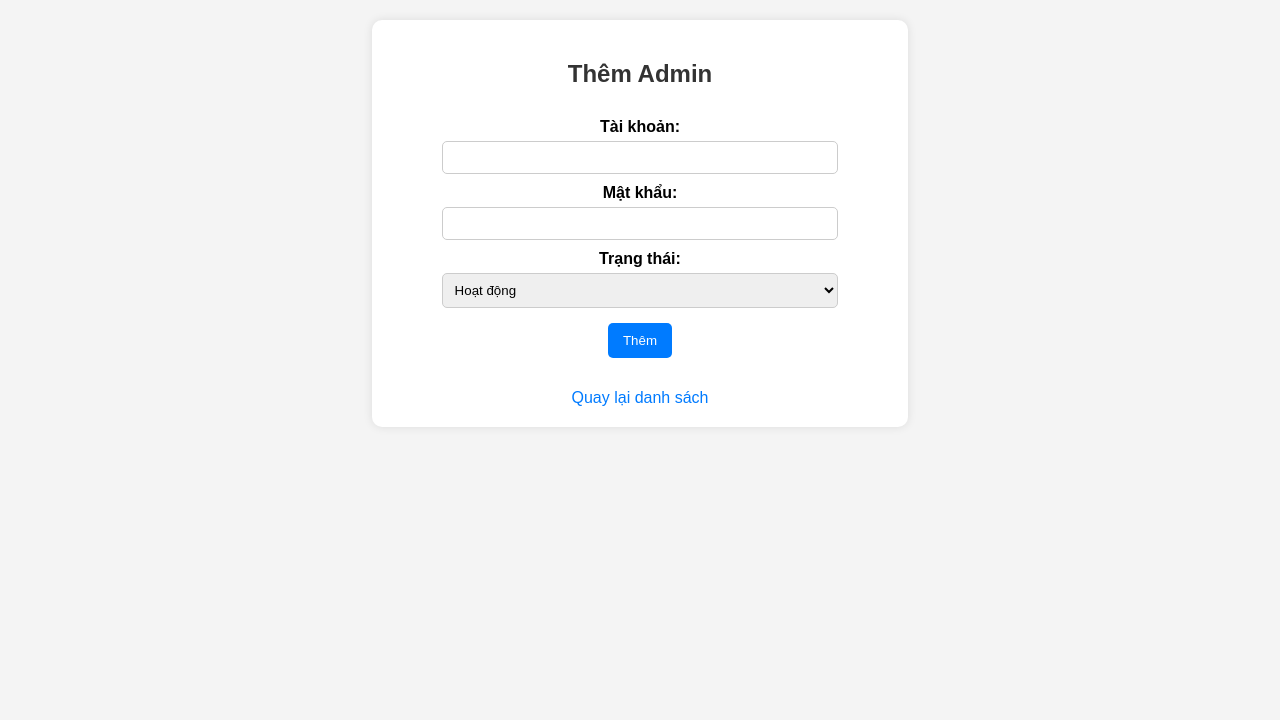
Repository: vuduckhoa/K22CNT2_VuDucKhoa_2210900032_project3
Page: http://localhost/K22CNT2_VuDucKhoa_2210900032_PRJ3/WEB-INF/views/admin/add.jsp
The author's editor kept a copy of each file at every save. The page is drawn from the files as they stood at one save, then again after the next save.
The browser window is 1280 px wide. The pictures show the whole page.
The page is served by Tomcat 9. Nobody is signed in. The template is opened directly, without the code that normally fills it, so the values that code supplies are empty.

Above is the page before, as saved 2025-03-04 02:37:08.

After the next save:
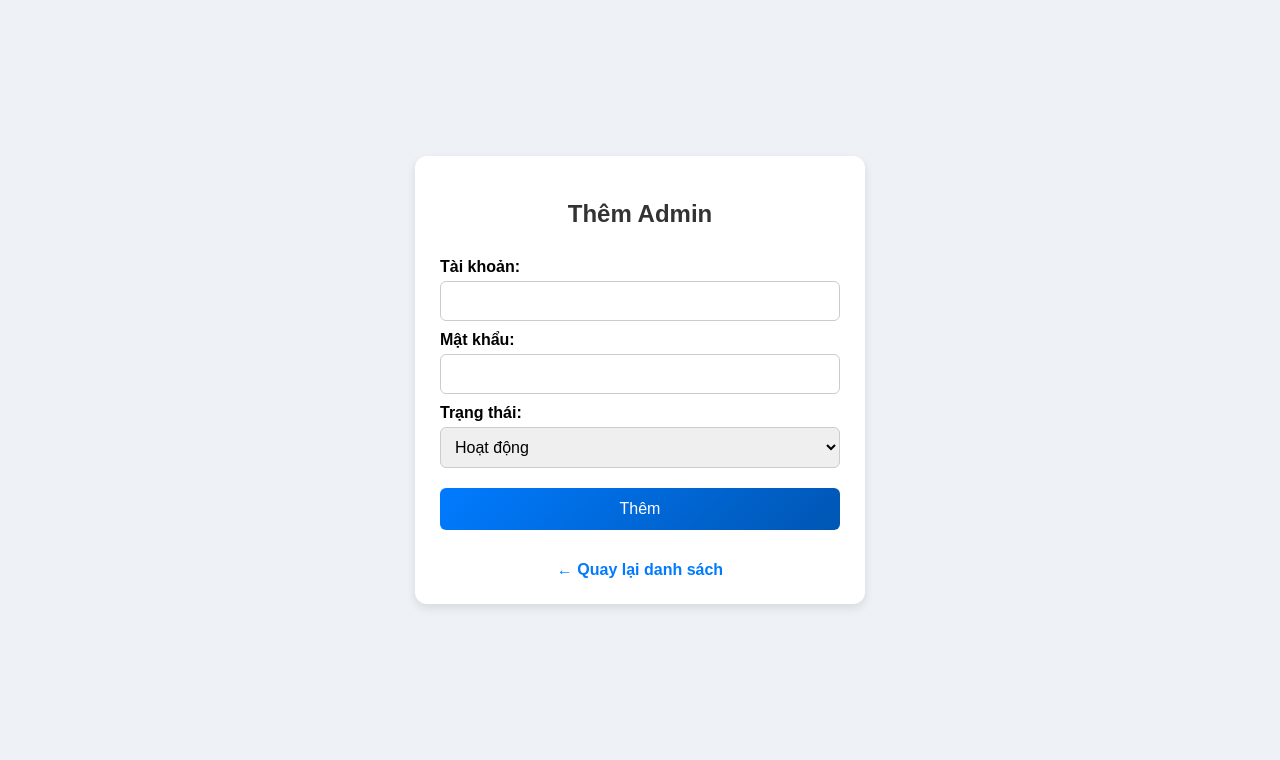
Saved 44 s later.
--- a/K22CNT2_VuDucKhoa_2210900032_PRJ3/src/main/webapp/WEB-INF/views/admin/add.jsp
+++ b/K22CNT2_VuDucKhoa_2210900032_PRJ3/src/main/webapp/WEB-INF/views/admin/add.jsp
@@ -6,21 +6,25 @@
     <style>
         body {
             font-family: Arial, sans-serif;
-            background-color: #f4f4f4;
+            background-color: #eef2f7;
             margin: 0;
             padding: 20px;
-            text-align: center;
+            display: flex;
+            justify-content: center;
+            align-items: center;
+            height: 100vh;
         }
         .container {
-            width: 40%;
-            margin: 0 auto;
+            width: 400px;
             background: #fff;
-            padding: 20px;
-            border-radius: 10px;
-            box-shadow: 0 0 10px rgba(0, 0, 0, 0.1);
+            padding: 25px;
+            border-radius: 12px;
+            box-shadow: 0 4px 10px rgba(0, 0, 0, 0.1);
+            text-align: center;
         }
         h2 {
             color: #333;
+            margin-bottom: 20px;
         }
         form {
             display: flex;
@@ -30,33 +34,41 @@
         label {
             font-weight: bold;
             margin-top: 10px;
+            align-self: flex-start;
         }
         input, select {
-            width: 80%;
-            padding: 8px;
+            width: 100%;
+            padding: 10px;
             margin-top: 5px;
             border: 1px solid #ccc;
-            border-radius: 5px;
+            border-radius: 6px;
+            font-size: 16px;
         }
         button {
-            margin-top: 15px;
-            padding: 10px 15px;
-            background-color: #007bff;
+            margin-top: 20px;
+            padding: 12px 15px;
+            background: linear-gradient(135deg, #007bff, #0056b3);
             color: white;
+            font-size: 16px;
             border: none;
-            border-radius: 5px;
+            border-radius: 6px;
             cursor: pointer;
+            width: 100%;
+            transition: 0.3s;
         }
         button:hover {
-            background-color: #0056b3;
+            background: linear-gradient(135deg, #0056b3, #004090);
         }
         .back-link {
             display: inline-block;
             margin-top: 15px;
             color: #007bff;
             text-decoration: none;
+            font-weight: bold;
+            transition: 0.3s;
         }
         .back-link:hover {
+            color: #0056b3;
             text-decoration: underline;
         }
     </style>
@@ -65,21 +77,21 @@
     <div class="container">
         <h2>Thêm Admin</h2>
         <form action="add" method="post">
-            <label>Tài khoản:</label>
-            <input type="text" name="vdk_TaiKhoan" required />
+            <label for="taiKhoan">Tài khoản:</label>
+            <input type="text" id="taiKhoan" name="vdk_TaiKhoan" required />
 
-            <label>Mật khẩu:</label>
-            <input type="password" name="vdk_MatKhau" required />
+            <label for="matKhau">Mật khẩu:</label>
+            <input type="password" id="matKhau" name="vdk_MatKhau" required />
 
-            <label>Trạng thái:</label>
-            <select name="vdk_TrangThai">
+            <label for="trangThai">Trạng thái:</label>
+            <select id="trangThai" name="vdk_TrangThai">
                 <option value="true">Hoạt động</option>
                 <option value="false">Bị khóa</option>
             </select>
 
             <button type="submit">Thêm</button>
         </form>
-        <a href="list" class="back-link">Quay lại danh sách</a>
+        <a href="list" class="back-link">← Quay lại danh sách</a>
     </div>
 </body>
 </html>
